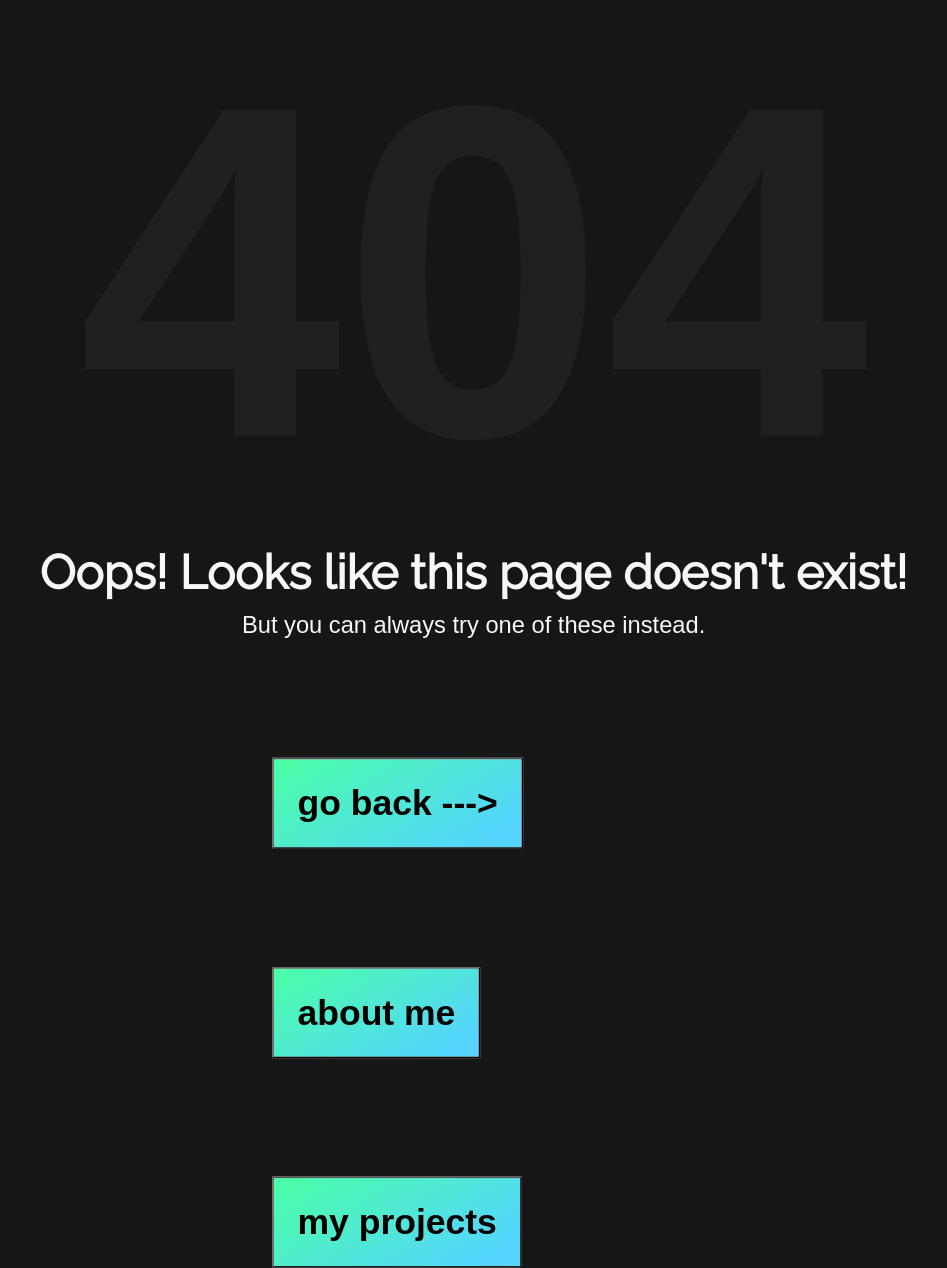
Repository: TeeJaysDev/Portfolio
Page: 404.html
An editor plug-in stored every save of this project. The page is shown before and after a run of saves, followed by the edit.
The browser window is 1280 px wide. The pictures show the whole page, at 74% of full size.

Above is the page before, as saved 2021-08-26 22:22:14.

### 404.html
<!DOCTYPE html>
<html lang="en">
<head>
    <meta charset="UTF-8">
    <meta http-equiv="X-UA-Compatible" content="IE=edge">
    <meta name="viewport" content="width=device-width, initial-scale=1.0">
    <script type="text/javascript" src="script.js"></script>
    <link rel="stylesheet" href="404.css">
    <link rel="preconnect" href="https://fonts.gstatic.com">
    <link href="https://fonts.googleapis.com/css2?family=Raleway&display=swap" rel="stylesheet">
    <title>Tymon Jędryczka | Portfolio</title>
</head>
<body>
    <section class="error">
        <h2>
            404
        </h2>
        <h1>
            Oops! Looks like this page doesn't exist!
        </h1>
        <h3>
            But you can always try one of these instead.
        </h3>
        <button>
            <a href="https://teejay.dev" target="_blank" rel="noopener">go back ---></a>
        </button>
        <button>
            <a href="https://teejay.dev/#about" target="_blank" rel="noopener">about me</a>
        </button>
        <button>
            <a href="https://teejay.dev/#projects" target="_blank" rel="noopener">my projects</a>
        </button>
    </section>
</body>
</html>

### 404.css
@import url('https://fonts.googleapis.com/css2?family=Raleway&display=swap');

* {
    margin: 0;
    padding: 0;
    box-sizing: border-box;
    font-family: sans-serif;
    text-decoration: none;
    list-style: none;
    z-index: 1;
}

body {
    background-color: #161616;
}

h1, h3 {
    display: flex;
    justify-content: center;
    color: #F7F7F7;
}

h1 {
    font-family: Raleway;
    font-size: 4rem;
    font-weight: 700;
    margin-bottom: 1rem;
}

h3 {
    font-family: Arial, Helvetica, sans-serif;
    font-size: 2rem;
    font-weight: 400;
}

h2 {
    display: flex;
    justify-content: center;
    color: #202020;
    font-size: 40rem;
    z-index: 0;
}

button a {
    text-align: center;
    font-size: 3rem;
    color: #000000;
}

button {
    padding: 2rem;

    font-weight: bold;
    text-align: center;
    margin-left: 23rem;
    margin-top: 10rem;
    background-image: linear-gradient(147deg, #4bffa5, #54d4ff 90%);
    color: #000000;
    cursor: pointer;
}

@media only screen
and (min-width: 320px)
and (max-width: 375px) {

    h1 {
        min-width: 17ch;
        text-align: right;
        margin-left: 1.5rem;
        margin-top: 4rem;
        font-size: 2rem;
    }

    h2 {
        margin-top: 7rem;
        margin-left: 0.5rem;
        font-size: 12rem;
    }

    button {
        margin-top: 5rem;
        margin-left: 0.3rem;
    }
}

@media only screen
and (min-width: 375px)
and (max-width: 425px) {

    h1 {
        min-width: 20ch;
        text-align: right;
        margin-left: 1rem;
        margin-top: 4rem;
        font-size: 2rem;
    }

    h2 {
        margin-top: 7rem;
        margin-left: 2rem;
        font-size: 12rem;
    }

    button {
        margin-top: 10rem;
        margin-left: 2rem;
    }
}

@media only screen
and (min-width: 425px)
and (max-width: 768px) {

    h1 {
        text-align: right;
        margin-left: 2rem;
        margin-top: 4rem;
        font-size: 2rem;
    }

    h2 {
        margin-top: 7rem;
        margin-left: 3rem;
        font-size: 12rem;
    }

    button {
        margin-top: 5rem;
        margin-left: 3rem;
    }
}

@media only screen
and (min-width: 768px)
and (max-width: 1024px) {

    h1 {
        text-align: right;
        margin-left: 2rem;
        margin-top: 4rem;
        font-size: 2rem;
    }

    h2 {
        margin-top: 3rem;
        margin-left: 3rem;
        font-size: 25rem;
    }

    button {
        margin-top: 3rem;
        margin-left: 15rem;
    }
}

Loaded but not shown: script.js (no stored copy; drawn as an empty file)

After the next 2 saves:
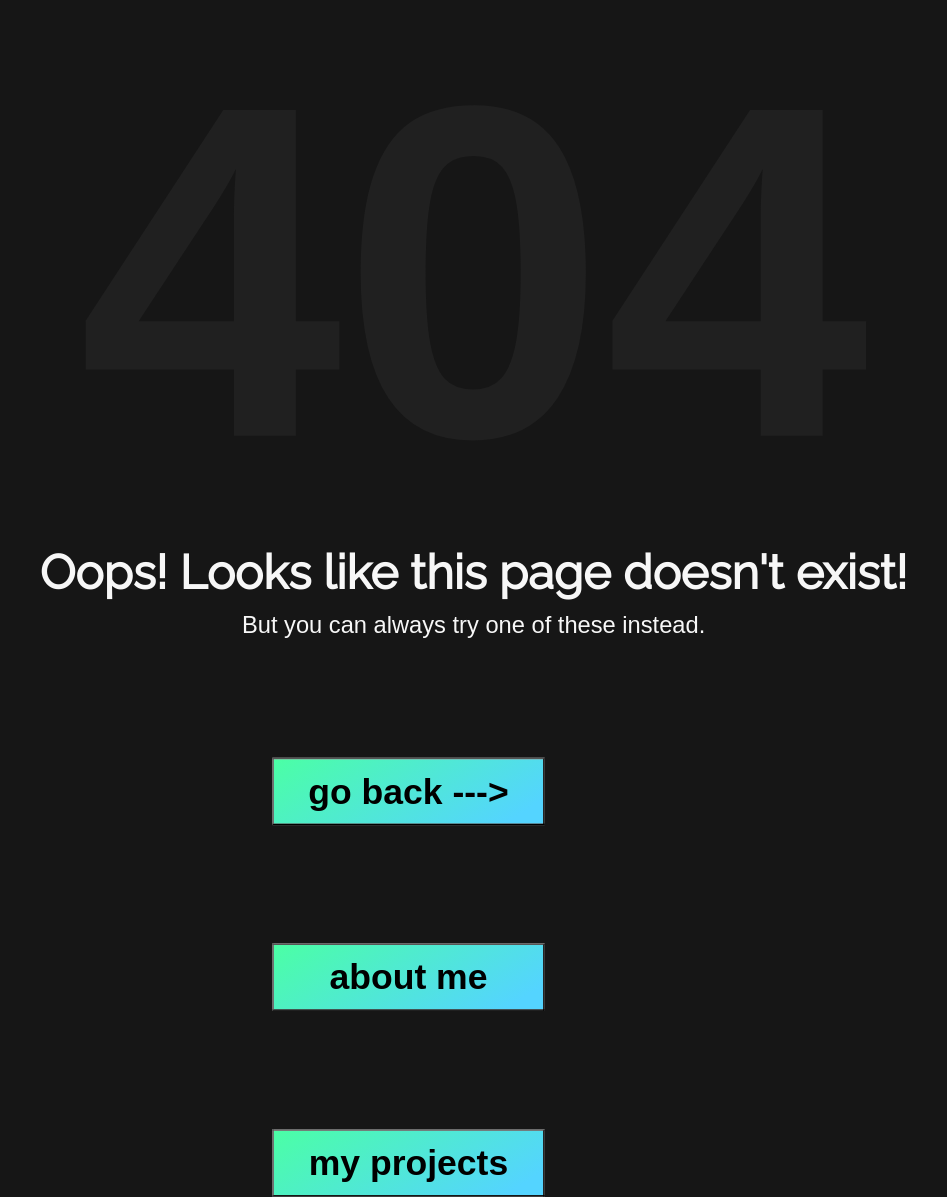
The 2 saves are shown as one change because they came seconds apart.
The last was saved 11 s later.
--- a/404.css
+++ b/404.css
@@ -48,8 +48,8 @@ button a {
 }
 
 button {
-    padding: 2rem;
-
+    padding: 1rem;
+    width: 23rem;
     font-weight: bold;
     text-align: center;
     margin-left: 23rem;
